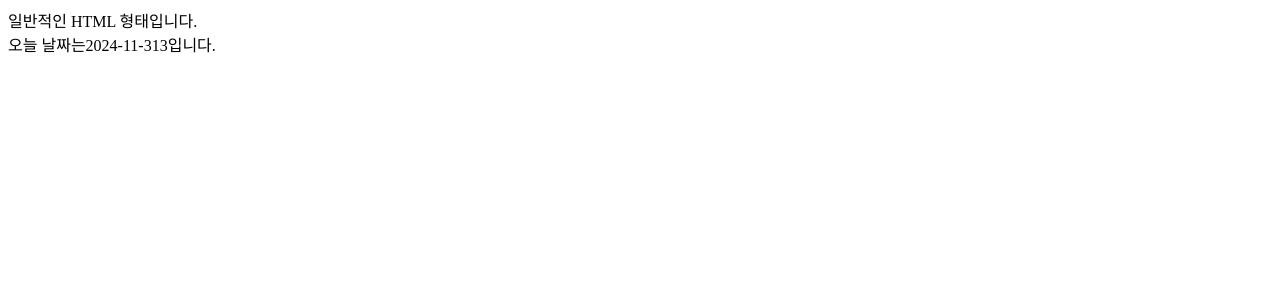
Repository: suji3kr/JSP_data
Page: http://localhost/studyJSP/date_exam.jsp
An editor plug-in stored every save of this project. The page is shown before and after the next save, followed by the edit.
The browser window is 1280 px wide. The pictures show the whole page.
The page is served by Tomcat 10.

Above is the page before, as saved 2024-11-11 06:23:01.

After the next save:
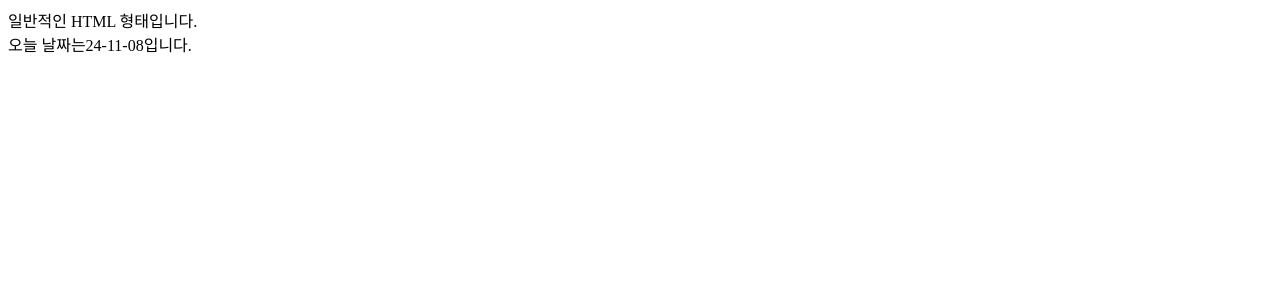
Saved 30 s later.
--- a/studyJSP/src/main/webapp/date_exam.jsp
+++ b/studyJSP/src/main/webapp/date_exam.jsp
@@ -12,7 +12,7 @@
 
 	<%
 		Date date = new Date();
-		SimpleDateFormat simpleDate = new SimpleDateFormat("YYYY-MM-DD");
+		SimpleDateFormat simpleDate = new SimpleDateFormat("yy-MM-dd");
 		String strdate = simpleDate.format(date);
 	%>
 	일반적인 HTML 형태입니다.<br>
